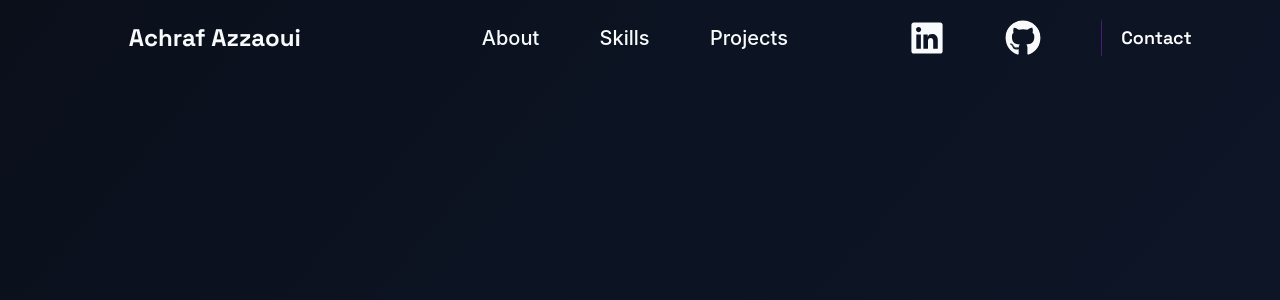
Repository: AchrafAzzaoui/Portfolio-Website
Page: / (app in achrafs-portfolio/)
An editor plug-in stored every save of this project. The page is shown before and after the next save, followed by the edit.
The browser window is 1280 px wide. The pictures show the whole page.
Some web fonts or font styles are not loaded; a fallback is used. The project was rebuilt for these pictures with package versions that can differ from the ones it lists, and the page was loaded fresh each time. Also part of the build but not shown: achrafs-portfolio/vite.config.ts.

Above is the page before, as saved 2025-01-02 23:12:47.

### achrafs-portfolio/index.html
<!DOCTYPE html>
<html lang="en">
  <head>
    <meta charset="UTF-8" />
    <link rel="icon" type="image/svg+xml" href="/vite.svg" />
    <meta name="viewport" content="width=device-width, initial-scale=1.0" />
    <!-- Inter for body text -->
    <link rel="preconnect" href="https://rsms.me/" />
    <link rel="stylesheet" href="https://rsms.me/inter/inter.css" />

    <!-- Space Grotesk for headlines -->
    <link rel="preconnect" href="https://fonts.googleapis.com" />
    <link rel="preconnect" href="https://fonts.gstatic.com" crossorigin />
    <link
      href="https://fonts.googleapis.com/css2?family=Space+Grotesk:wght@500;600;700&display=swap"
      rel="stylesheet"
    />
    <title>Achraf's Portfolio Website</title>
  </head>
  <body>
    <div id="root"></div>
    <script type="module" src="/src/main.tsx"></script>
  </body>
</html>

### achrafs-portfolio/src/index.css
@tailwind base;
@tailwind components;
@tailwind utilities;
@tailwind base;
@tailwind components;
@tailwind utilities;

@layer base {
  * {
    margin: 0;
    padding: 0;
    box-sizing: border-box;
  }

  html {
    scroll-behavior: smooth;
  }

  body {
    @apply font-sans antialiased;
  }

  ul,
  ol {
    list-style: none;
  }

  a {
    text-decoration: none;
    color: inherit;
  }

  img {
    max-width: 100%;
    height: auto;
  }

  button {
    background: none;
    border: none;
    cursor: pointer;
  }
}
@layer components {
  .before\:absolute::before {
    content: "";
    position: absolute;
  }
}

### achrafs-portfolio/src/App.tsx
import "./index.css";
import Header from "./components/layout/Header.tsx";
export default function App() {
  return (
    <div className="min-h-screen bg-gradient-dark">
      <Header />
    </div>
  );
}

### achrafs-portfolio/src/components/layout/Header.tsx
import { useState } from "react";
import { RxLinkedinLogo } from "react-icons/rx";
import { FaGithub } from "react-icons/fa";

export default function Header() {
  const [isMenuOpen, setIsMenuOpen] = useState(false);

  return (
    <header className="px-2 py-4">
      <nav className="flex ">
        <div className="basis-3/16 flex-auto flex justify-center items-center font-display font-bold text-dark-text-primary">
          <a href="#home" target="_blank">
            <h2 className="text-2xl transition-transform duration-300 hover:-translate-y-0.5">
              Achraf Azzaoui
            </h2>
          </a>
        </div>
        <div className="basis-7/16 flex-auto flex justify-evenly items-center">
          <a
            href="#about"
            target="_blank"
            className="font-sans font-medium text-dark-text-primary text-xl transition-transform duration-300 hover:-translate-y-0.5"
          >
            About
          </a>
          <a
            href="#skills"
            target="_blank"
            className="font-sans font-medium text-dark-text-primary text-xl transition-transform duration-300 hover:-translate-y-0.5"
          >
            Skills
          </a>
          <a
            href="#projects"
            target="_blank"
            className="font-sans font-medium text-dark-text-primary text-xl transition-transform duration-300 hover:-translate-y-0.5"
          >
            Projects
          </a>
        </div>
        <div className="basis-6/16 flex-auto flex justify-evenly items-center">
          <a href="https://www.linkedin.com/in/achraf-azzaoui-data-scientist">
            <RxLinkedinLogo className="text-4xl rounded-sm text-dark-text-primary" />
          </a>
          <a href="https://github.com/AchrafAzzaoui">
            <FaGithub className="text-4xl rounded-full text-dark-text-primary" />
          </a>
          <button className="relative inline-block px-5 py-2 font-semibold font-display rounded-md border-2 border-purple-500 bg-transparent text-white overflow-hidden group hover:border-purple-500 before:absolute before:content-[''] before:inset-0 before:-translate-x-full before:bg-gradient-to-r before:from-purple-600 before:to-purple-800 hover:before:translate-x-0 before:transition-transform before:duration-300 before:ease-out">
            <span className="relative z-10 text-lg">Contact</span>
          </button>
        </div>
      </nav>
    </header>
  );
}

### achrafs-portfolio/tailwind.config.js
/** @type {import('tailwindcss').Config} */
const defaultTheme = require("tailwindcss/defaultTheme");

export default {
  content: ["./index.html", "./src/**/*.{js,ts,jsx,tsx}"],
  theme: {
    extend: {
      backgroundImage: {
        "gradient-dark":
          "linear-gradient(130deg, #0A0F1A 0%, #0C1322 40%, #0E1628 100%)",
        "gradient-light":
          "linear-gradient(130deg, #F8FAFC 0%, #EEF2F6 40%, #E2E8F0 100%)", // Light theme gradient
      },
      colors: {
        // Dark theme
        dark: {
          text: {
            primary: "#F8FAFC", // Almost white
            secondary: "#94A3B8", // Lighter gray
            muted: "#64748B", // Muted gray
          },
        },
        // Light theme
        light: {
          text: {
            primary: "#0F172A", // Very dark blue/gray
            secondary: "#334155", // Dark gray
            muted: "#64748B", // Same as dark for balance
          },
        },
      },
      fontFamily: {
        sans: ["Inter", ...defaultTheme.fontFamily.sans],
        display: ["Space Grotesk", ...defaultTheme.fontFamily.sans],
      },
    },
  },
  plugins: [],
  variants: {
    extend: {
      // Enable before/after pseudo elements
      before: ["before"],
      after: ["after"],
    },
  },
};

Loaded but not shown: achrafs-portfolio/src/main.tsx (common file)

After the next save:
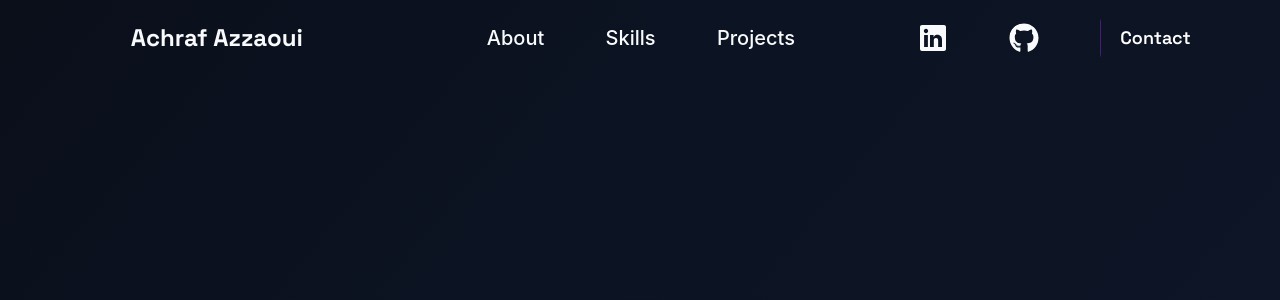
Saved 15 h 29 min later.
--- a/achrafs-portfolio/src/components/layout/Header.tsx
+++ b/achrafs-portfolio/src/components/layout/Header.tsx
@@ -40,10 +40,10 @@ export default function Header() {
         </div>
         <div className="basis-6/16 flex-auto flex justify-evenly items-center">
           <a href="https://www.linkedin.com/in/achraf-azzaoui-data-scientist">
-            <RxLinkedinLogo className="text-4xl rounded-sm text-dark-text-primary" />
+            <RxLinkedinLogo className="text-3xl rounded-sm text-dark-text-primary" />
           </a>
           <a href="https://github.com/AchrafAzzaoui">
-            <FaGithub className="text-4xl rounded-full text-dark-text-primary" />
+            <FaGithub className="text-3xl rounded-full text-dark-text-primary" />
           </a>
           <button className="relative inline-block px-5 py-2 font-semibold font-display rounded-md border-2 border-purple-500 bg-transparent text-white overflow-hidden group hover:border-purple-500 before:absolute before:content-[''] before:inset-0 before:-translate-x-full before:bg-gradient-to-r before:from-purple-600 before:to-purple-800 hover:before:translate-x-0 before:transition-transform before:duration-300 before:ease-out">
             <span className="relative z-10 text-lg">Contact</span>
